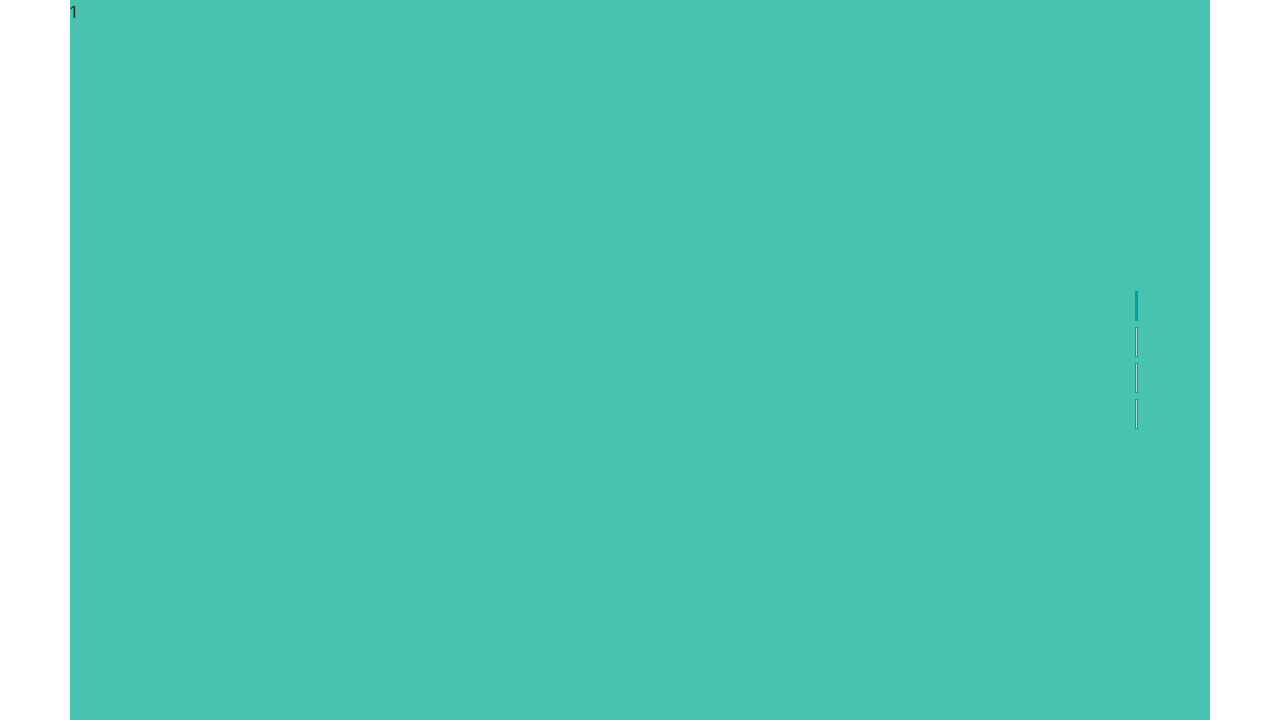
Repository: aneishkumar/AngularJS-Application
Page: AngularJs-Application-march28th/project2/WebContent/home.html
The author's editor kept a copy of each file at every save. The page is drawn from the files as they stood at one save, then again after the next save.
The browser window is 1280 px wide. The pictures show the whole page.
Some web libraries are served in a nearby version.

Above is the page before, as saved 2018-03-27 22:36:26.
Console error: TypeError: Cannot read properties of undefined (reading 'fn')

### AngularJs-Application-march28th/project2/WebContent/home.html
<html>
<head>
<link href="//maxcdn.bootstrapcdn.com/bootstrap/4.0.0/css/bootstrap.min.css" rel="stylesheet" id="bootstrap-css">
<script src="//maxcdn.bootstrapcdn.com/bootstrap/4.0.0/js/bootstrap.min.js"></script>
<script src="//code.jquery.com/jquery-1.11.1.min.js"></script>
<style>

.carousel-inner,.carousel,.carousel-item,.container,.fill {
    height:100%;
    min-height:400px;
    width:100%;
    background-position:center center;
    background-size:cover;
}
.slide-wrapper{display:inline;}
.slide-wrapper .container{padding:0;}


/*------------------------------ vertical bootstrap slider----------------------------*/

.carousel-inner> .carousel-item.carousel-item-next ,
.carousel-inner > .carousel-item.active.carousel-item-right{
    transform: translate3d(0, 100%, 0); -webkit-transform: translate3d(0, 100%, 0); -ms-transform: translate3d(0, 100%, 0); -moz-transform: translate3d(0, 100%, 0); -o-transform: translate3d(0, 100%, 0);  top: 0;

}
.carousel-inner > .carousel-item.carousel-item-prev ,
.carousel-inner > .carousel-item.active.carousel-item-left{
    transform: translate3d(0,-100%, 0); -webkit-transform: translate3d(0,-100%, 0);  -moz-transform: translate3d(0,-100%, 0);-ms-transform: translate3d(0,-100%, 0); -o-transform: translate3d(0,-100%, 0); top: 0;

}
.carousel-inner > .carousel-item.next.carousel-item-left ,
.carousel-inner > .carousel-item.carousel-item-prev.carousel-item-right ,
.carousel-inner > .carousel-item.active{
    transform:translate3d(0,0,0); -webkit-transform:translate3d(0,0,0);-ms-transform:translate3d(0,0,0);; -moz-transform:translate3d(0,0,0); -o-transform:translate3d(0,0,0); top:0;

}

/*------------------------------- vertical carousel indicators ------------------------------*/
.carousel-indicators{
    position:absolute;
    top:0;
    bottom:0;
    margin:auto;
    height:20px;
    right:10px; left:auto;
    width:auto;
    -webkit-transform: rotate(90deg);
    -moz-transform: rotate(90deg);
    -ms-transform: rotate(90deg);
    -o-transform: rotate(90deg);
    transform: rotate(90deg);
}
.carousel-indicators li{
    display:block; margin-bottom:5px; border:1px solid #00a199;

}
.carousel-indicators li.active{
    margin-bottom:5px; background:#00a199;

}</style>
</head>
<body>
<section class="slide-wrapper">
    <div class="container">
	    <div id="myCarousel" class="carousel slide" data-ride="carousel">
            <!-- Indicators -->
            <ol class="carousel-indicators">
                <li data-target="#myCarousel" data-slide-to="0" class="active"></li>
                <li data-target="#myCarousel" data-slide-to="1"></li>
                <li data-target="#myCarousel" data-slide-to="2"></li>
                <li data-target="#myCarousel" data-slide-to="3"></li>
            </ol>

            <!-- Wrapper for slides -->
            <div class="carousel-inner">
                <div class="carousel-item active">
                    <div class="fill" style=" background-color:#48c3af;">1</div>
                </div>
                <div class="carousel-item">
                    <div class="fill" style=" background-color:#b33f4a;">2</div>
                </div>
                <div class="carousel-item">
                    <div class="fill" style=" background-color:#7fc2f4;">3</div>
                </div>
                <div class="carousel-item">
                    <div class="fill" style=" background-color:#e47794;">4</div>
                </div>
            </div>
        </div>
    </div>
</section>
</body>
</html>

After the next save:
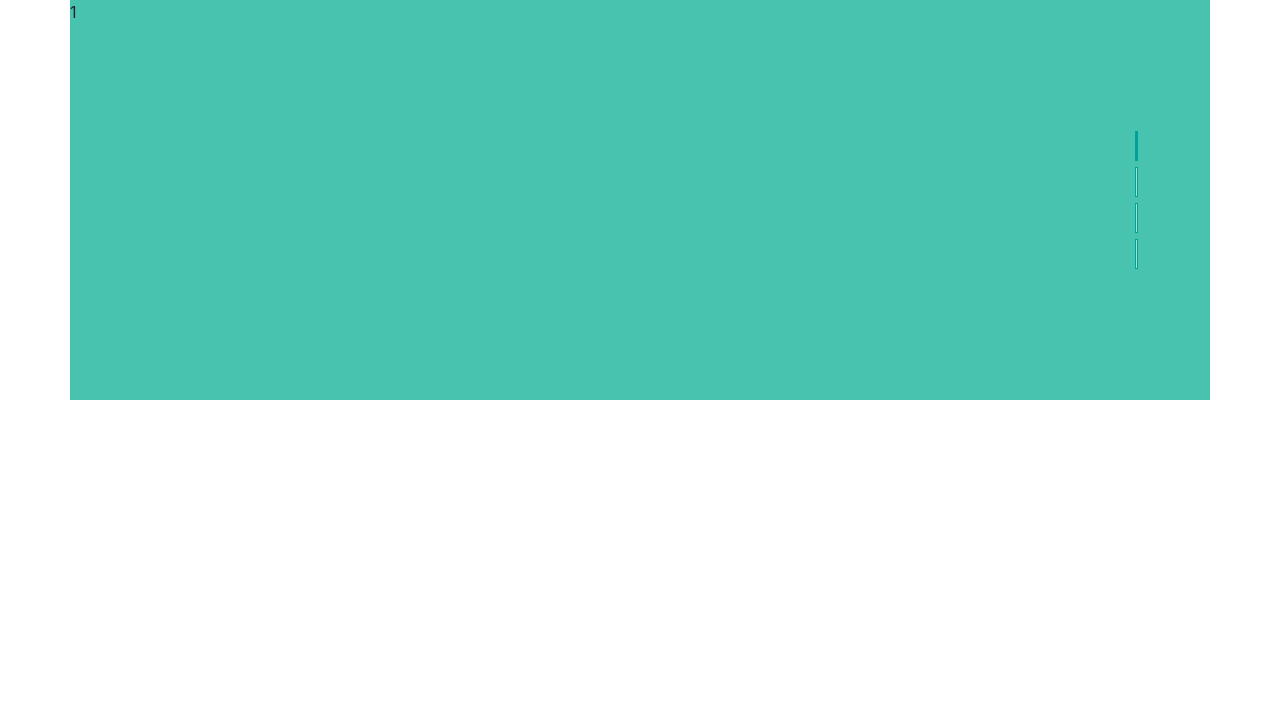
Saved 40 s later.
--- a/AngularJs-Application-march28th/project2/WebContent/home.html
+++ b/AngularJs-Application-march28th/project2/WebContent/home.html
@@ -6,11 +6,10 @@
 <style>
 
 .carousel-inner,.carousel,.carousel-item,.container,.fill {
-    height:100%;
+
     min-height:400px;
     width:100%;
-    background-position:center center;
-    background-size:cover;
+
 }
 .slide-wrapper{display:inline;}
 .slide-wrapper .container{padding:0;}
